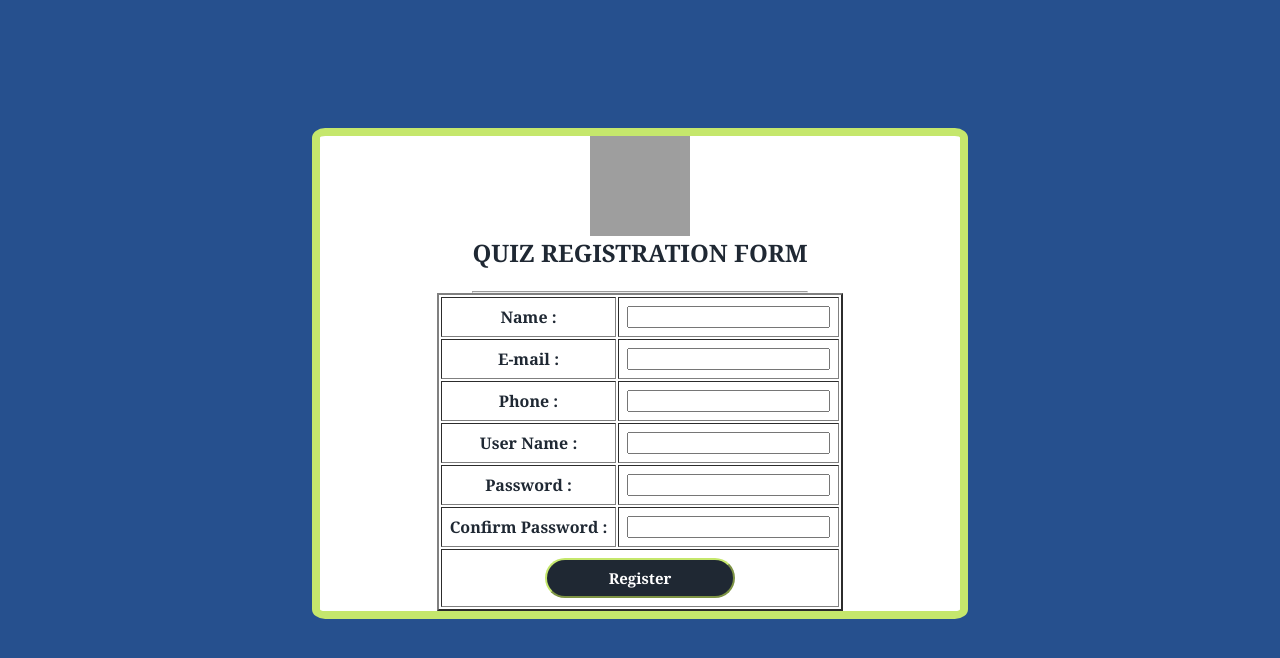
Repository: Pooja0109/Online-Quiz-Application
Page: http://localhost/QuizApplication/Register.jsp
An editor plug-in stored every save of this project. The page is shown before and after the next save, followed by the edit.
The browser window is 1280 px wide. The pictures show the whole page.
Pictures or frames that could not be fetched are drawn as grey boxes. The page is served by Tomcat 9. Other server files are loaded and not shown.

Above is the page before, as saved 2023-04-01 11:41:11.

### QuizApplication/QuizApplication/WebContent/Register.jsp
<%@ page language="java" contentType="text/html; charset=ISO-8859-1"
    pageEncoding="ISO-8859-1"%>
<!DOCTYPE html PUBLIC "-//W3C//DTD HTML 4.01 Transitional//EN" "http://www.w3.org/TR/html4/loose.dtd">
<html>
<head>
<link rel="stylesheet" href="style.css">
<meta http-equiv="Content-Type" content="text/html; charset=ISO-8859-1">
<title>Registration</title>
</head>
<body>
<form action="RegisterServlet" method="post">
        <div class="container">
            <div class="items">
                <img src="stude.png" class="picture">
            </div>
            <div class="items">
                <h2>QUIZ REGISTRATION FORM</h2><br>
                <hr>
            </div>
            <table border="2px">
                <tr>
                    <th> <label for="name">
                            Name :
                        </label></th>
                    <td><input type="text" name="name" value="${name}" required></td>

                </tr>
                <tr>
                    <th><label for="email">
                            E-mail :
                        </label></th>
                    <td><input type="e-mail" name="email" required></td>
                </tr>
                <tr>

                    <th><label for="phone">
                            Phone :<br>
                        </label></th>
                    <td><input type="text" maxlength="10" name="phone" required ></td>
                </tr>
                <tr>

                    <th><label for="contact">
                            User Name :
                        </label></th>
                    <td><input type="text" name="u_name" required></td>

                </tr>
                <tr>

                    <th> <label for="dob">
                            Password :
                        </label></th>
                    <td><input type="password" name="ppass" required></td>

                </tr>
                <tr>
                    <th> <label for="course">
                            Confirm Password :
                        </label></th>
                    <td><input type="password" name="cpass" required></td>
                </tr>
                <tr align="center">
                    <td colspan="2"><input type="submit" name="submit" value="Register" class="submit"></td>
                </tr>
            </table>
        </div>
    </form>
<%--
<form action="RegisterServlet" method="post" class="formstyle">
<label>
Name :
</label><br>
<input type="text" name="name" value="${name}" required>
<br>
<label>
E-mail :
</label><br>
<input type="e-mail" name="email" required>
<br>
<label>
Phone :
</label><br>
<input type="text" maxlength="10" name="phone" required >
<br>
<label>
User Name :
</label><br>
<input type="text" name="u_name" required>
<br>
<label>
Password :
</label><br>
<input type="password" name="ppass" required>
<br>
<label>
Confirm Password :
</label><br>
<input type="password" name="cpass" required>
<br><br>
<input type="submit">
</form>
--%>
</div>
</body>
</html>

### QuizApplication/QuizApplication/WebContent/style.css
@charset "ISO-8859-1";
*
{
margin: 0;
padding: 0;
font-family: Cambria, Cochin, Georgia, Times, 'Times New Roman', serif;
color:#1F2833;
}

body
{
    background-color: #26508E;
    margin-top: 10%;
}
.container
{
   display:flex;
   align-items: center;
   flex-direction: column;
   width:50%;
   margin:5% auto;
   border-radius:2%;
   height:80%;
   background-color: white;
   border:8px solid #c5e76c;
   color:#66FCF1;
}
th,td
{
   padding:8px;
}
.submit
{
    font-size:15px;
    width:50%;
    height:40px;
    border-radius: 20px;
    font-weight: bolder;
    border-color: #c5e76c;
    background-color: #1F2833;
    color: white;
}

.submit:hover {
    border-color:#1F2833;
    background-color: #c5e76c;
    color:#1F2833;
  }
  .picture
  {
    width:100px;
    height:100px;
  }
  .ifrmCSS
  {
    overflow:hidden;
  }

After the next save:
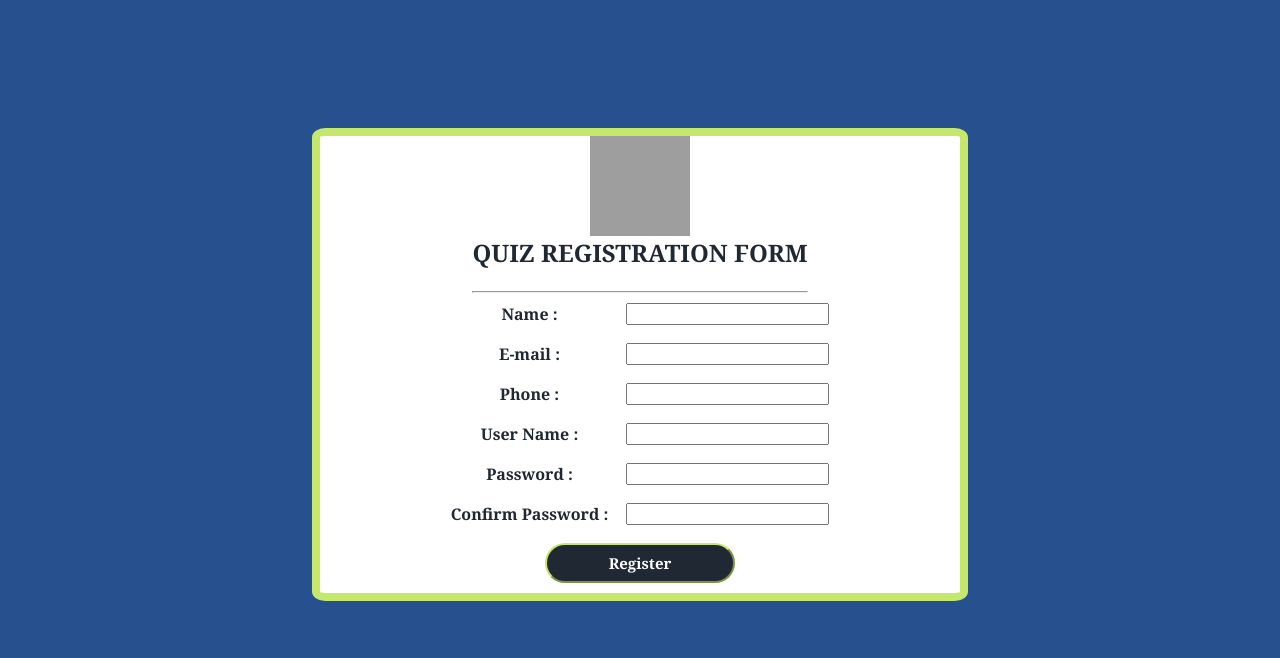
Saved 18 s later.
--- a/QuizApplication/QuizApplication/WebContent/Register.jsp
+++ b/QuizApplication/QuizApplication/WebContent/Register.jsp
@@ -17,7 +17,7 @@
                 <h2>QUIZ REGISTRATION FORM</h2><br>
                 <hr>
             </div>
-            <table border="2px">
+            <table>
                 <tr>
                     <th> <label for="name">
                             Name :
